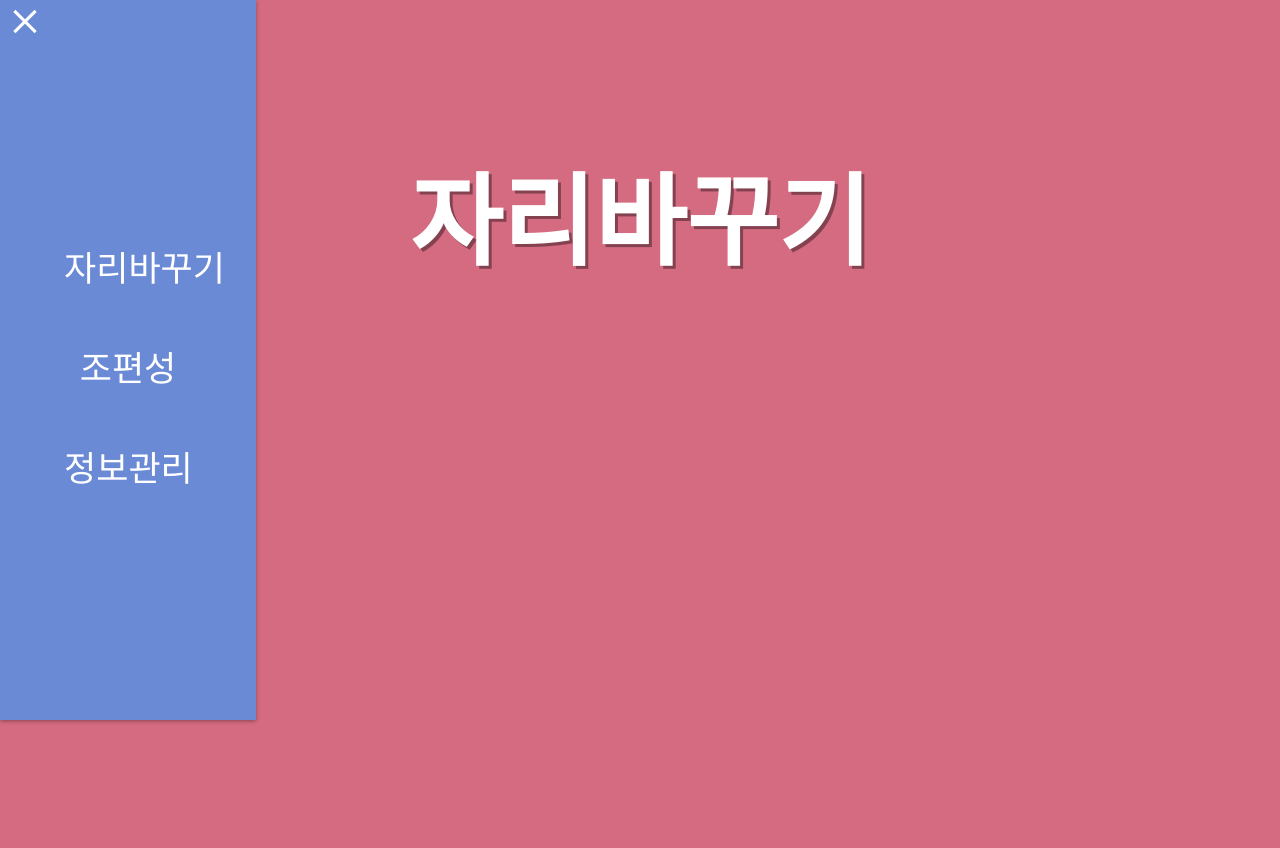
Repository: se-yoo/ChangeSeat
Page: http://localhost/ChangeSeat/main.jsp
The author's editor kept a copy of each file at every save. The page is drawn from the files as they stood at one save, then again after the next save.
The browser window is 1280 px wide. The pictures show the whole page.
After loading, the first visible `div.wrap` was clicked once.
Some web libraries are served in a nearby version. The page is served by Tomcat 9.

Above is the page before, as saved 2018-06-25 05:26:04.

### ChangeSeat/WebContent/main.jsp
<%@ page language="java" contentType="text/html; charset=UTF-8"
    pageEncoding="UTF-8"%>
<jsp:forward page="templateTest.jsp">
	<jsp:param name="CONTENTPAGE" value="changeIndex.jsp"/>
</jsp:forward>

### ChangeSeat/WebContent/templateTest.jsp
<%@ page language="java" contentType="text/html; charset=UTF-8"
    pageEncoding="UTF-8"%>
<!DOCTYPE html>
<html>
<head>
<meta charset="UTF-8">
<title>자리바꾸기</title>
<meta name="viewport" content="width=device-width, initial-scale=1">
 <title>Side Menu</title>
 <link rel="stylesheet" href="style.css">
 <link href='https://fonts.googleapis.com/css?family=Pacifico' rel='stylesheet' type='text/css'>
 <script src="//ajax.googleapis.com/ajax/libs/jquery/1.6.1/jquery.min.js" type="text/javascript"></script>
 <script>
$(document).ready(function(){
  /*
  $(".first").mouseover(function(){
    $(".second").css("background-color", '#6b81d5');
    $(".first").css("background-color", '#D56B81');

  });
  $(".second").mouseover(function(){
    $(".second").css("background-color", '#8a6bd5');
    $(".first").css("background-color", '#6bd5bf');

  });
  */
  $(".wrap").click(function(){
    $(".top").toggleClass("addedtop");
    $(".mid").toggleClass("addedmid");
    $(".bot").toggleClass("addedbot");
$(".side").toggleClass("triggered");
    $(".sidebtn").toggleClass("sideopacity");


  });

}); //final
</script>
</head>
<body>
<%
	String contentpage=request.getParameter("CONTENTPAGE");
%>
  <div class="wrap">
<span class="line top"></span>
  <span class="line mid"></span>
  <span class="line bot"></span>
  </div>
  <div class="side">
    <a href="#" class="sidebtn">자리바꾸기</a>
    <a href="#" class="sidebtn">조편성</a>
    <a href="#" class="sidebtn">정보관리</a>
  </div>
  <jsp:include page="<%= contentpage %>"></jsp:include>
</body>
</html>

### ChangeSeat/WebContent/changeIndex.jsp
<%@ page language="java" contentType="text/html; charset=UTF-8"
    pageEncoding="UTF-8"%>
<!DOCTYPE html>
<html>
<head>
<meta content="text/html; charset=UTF-8">
<title></title>
</head>
<body>
	<h1 class="header">
    	자리바꾸기
  	</h1>
</body>
</html>

### ChangeSeat/WebContent/style.css
@CHARSET "UTF-8";
body {
  font-family: "roboto", sans-serif;
  background-color:#D56B81;
  margin: 0;
  padding: 0;
}
html,body {
 height:100%;
}
.line {
 display: block;
  height:3px;
  width:30px;
  background-color:white;
  margin-top:5px;
  position: absolute;
  top:0;

  transition: all .4s ease-in-out;
}
.wrap {
 height:80px;
  position: relative;
  top:5px;
  left:10px;
  width: 30px;
  z-index: +150;
  cursor: pointer;
  height:30px;
  position: fixed;
}

.mid {
 top:10px;
}
.bot {
top:20px;
}

.addedmid {
  transform: rotate(135deg);
}
.addedtop {
  transform: rotate(45deg);
  top:10px;
}
.addedbot {
 opacity: 0;
}
.side {
 width:20%;
  position: fixed;
  height:100%;
  text-align: center;
  left:-20%;
  z-index: 80;
  box-shadow: 0 1px 4px 0 rgba(0,0,0,0.37);
  top:0;
  background-color: #6b8ad5;
  transition: all .5s ease-in-out;
}
.sidebtn {
 text-decoration: none;
  display: block;
  color:white;
  font-family: 'pacifico';
  font-size:35px;
  opacity:0;
  width:50%;
  position: relative;
  left:25%;
  top:30%;
  white-space: nowrap;
  line-height:100px;
  transition:all .25s ease-in-out;

}
.sideopacity  {
 opacity: 1;
  transition: all 1s ease-in-out;
}
.sidebtn:hover {
  text-shadow: 2px 2px rgba(0, 0, 0, 0.38);
}
.triggered {
 left:0;
}
.sidebtn::after {
 content: '';
  position: absolute;
  bottom:0;
  left:50%;
  width:0%;
  height:5px;
  background-color: white;
  transition: all .3s ease-out;
}
.sidebtn:hover::after {
 width: 100%;
  left:0;
  box-shadow: 2px 2px rgba(0, 0, 0, 0.38);
}
.header {
  font-family:'pacifico';
  color:white;
  font-size:100px;
  margin-top:10%;
  text-align:center;
  cursor: default;
  transition: all .4s ease-in-out;
  text-shadow: 3px 3px rgba(0, 0, 0, 0.38);
}

After the next save:
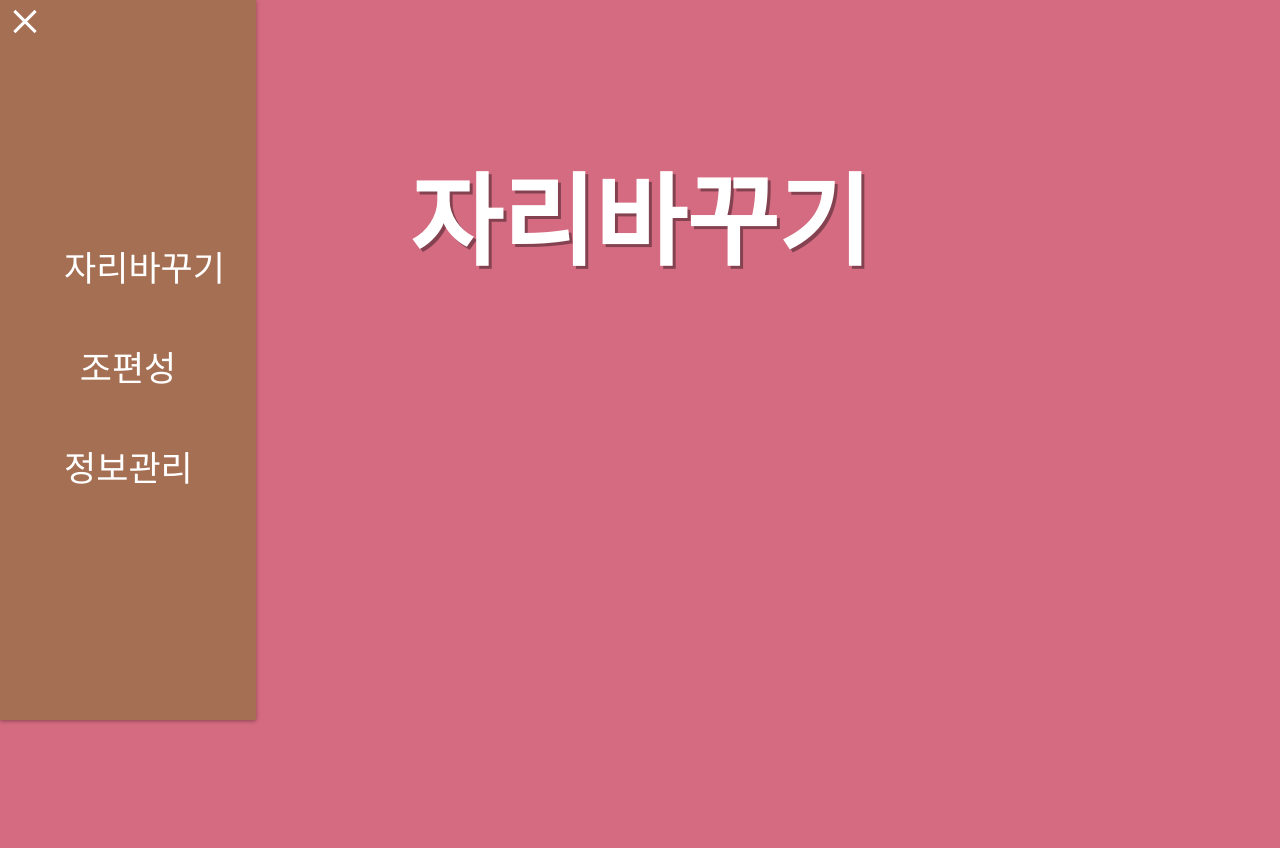
Saved 12 min 52 s later.
--- a/ChangeSeat/WebContent/style.css
+++ b/ChangeSeat/WebContent/style.css
@@ -57,7 +57,7 @@ top:20px;
   z-index: 80;
   box-shadow: 0 1px 4px 0 rgba(0,0,0,0.37);
   top:0;
-  background-color: #6b8ad5;
+  background-color: #a56f53;
   transition: all .5s ease-in-out;
 }
 .sidebtn {
